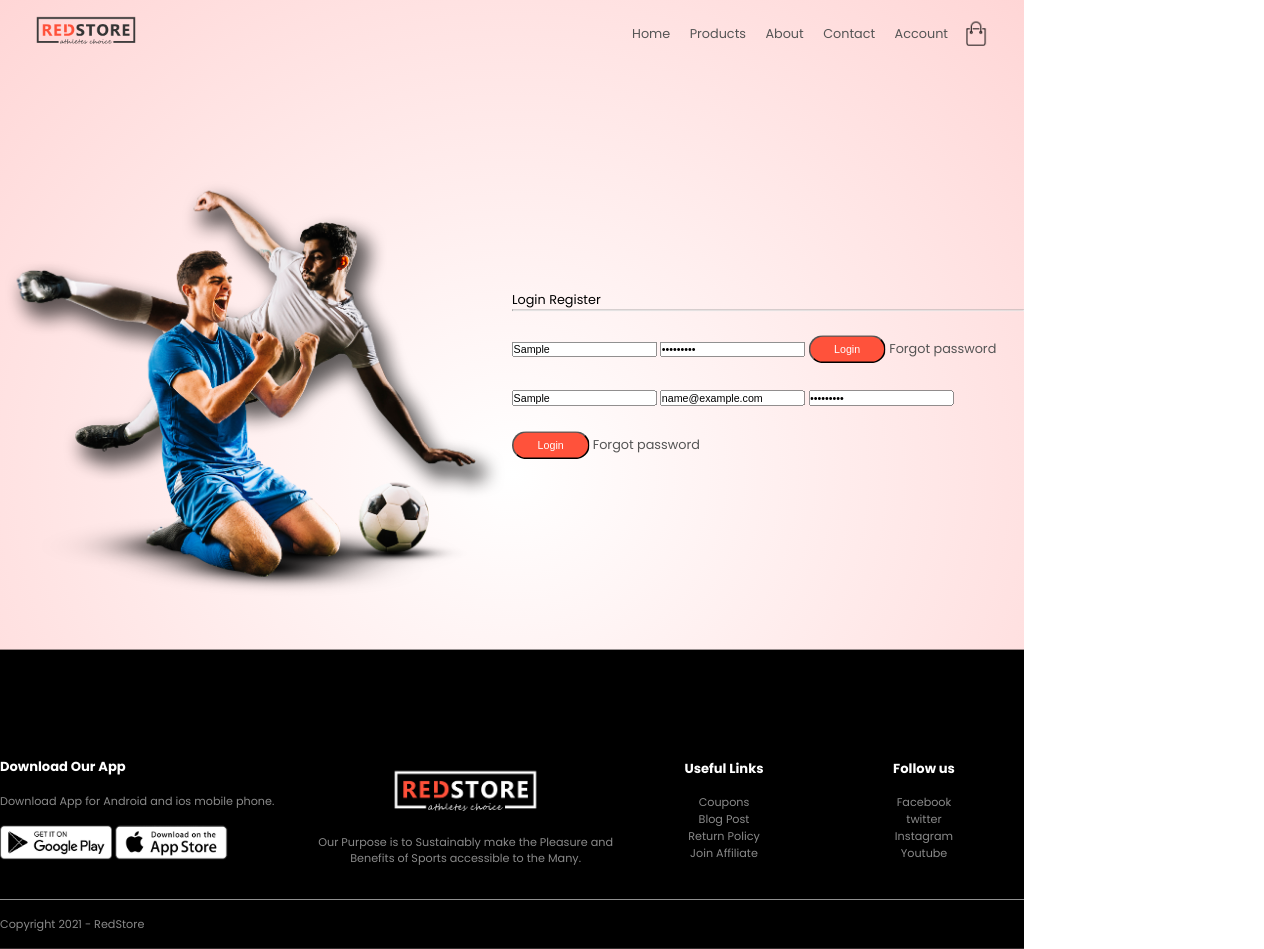
Repository: ritikalohia/tepid_store
Page: http://localhost/account/
The author's editor kept a copy of each file at every save. The page is drawn from the files as they stood at one save, then again after the next save.
The browser window is 1280 px wide. The page is 1280 px wide, then 1580 px, so the pictures cover 1580 px, including what lies to the right of the window. The pictures show the whole page, at 80% of full size.
Empty fields were first filled with sample values (such as "Sample", 5 or name@example.com).
After loading, the first visible `span` was clicked once.
The page is served by the project's application, run on Django 3.2 (ecommerce_webapp/manage.py). Other server files are loaded and not shown.

Above is the page before, as saved 2021-06-10 13:32:25.
Console error: ReferenceError: menuItems is not defined

### ecommerce_webapp/templates/login_signin.html

{% extends 'basic.html' %}

{% block body %}

{% load static %}
 <!---account page------>
    <div class="account-page">
        <div class="row">
            <div class="col-2">
                <img src="images/image1.png" width="100%" alt="">
            </div>
            <div class="col-2">
                <div class="form-container">
                    <div class="form-btn">
                        <span onclick="login()">Login</span>
                        <span onclick="register()">Register</span>
                        <hr id="Indicator">
                    </div>
                    <form id="LoginForm">
                        <input type="text" placeholder="Username">
                        <input type="password" placeholder="Password">
                        <button type="submit" class="btn">Login</button>
                        <a href=""> Forgot password</a>
                    </form>

                    <form id="RegForm">
                        <input type="text" placeholder="Username">
                        <input type="email" placeholder="Email">
                        <input type="password" placeholder="Password">
                        <button type="submit" class="btn">Login</button>
                        <a href=""> Forgot password</a>
                    </form>
                </div>
            </div>

        </div>
    </div>

    {% block js %}


    {% endblock %}


    {%endblock%}

### ecommerce_webapp/templates/basic.html
<!DOCTYPE html>
{% load static %}
<html lang="en">
<head>
    <meta charset="UTF-8">
    <meta http-equiv="X-UA-Compatible" content="IE=edge">
    <meta name="viewport" content="width=device-width, initial-scale=1.0">
    <link rel="preconnect" href="https://fonts.gstatic.com">
    <link href="https://fonts.googleapis.com/css2?family=Poppins:wght@300;400;500;600;700&display=swap" rel="stylesheet">
    <link rel="stylesheet" href="https://stackpath.bootstrapcdn.com/font-awesome/4.7.0/css/font-awesome.min.css">
    <title>{% block title %} {% endblock %} </title>
    <style>
    {% block css %} {% endblock %}
    </style>
    <link rel="stylesheet" href="{%static 'css/style.css' %}">
</head>
<body>
    {% load static %}
    <div class="header">
        <div class="container">
            <div class="navbar">
                <div class="logo">
                    <img src="static/assets/images/logo.png" alt=""  width="125px" >
                </div>
                <nav>
                    <ul id="MenuItems">
                        <li><a href="">Home</a></li>
                        <li><a href="">Products</a></li>
                        <li><a href="">About</a></li>
                        <li><a href="">Contact</a></li>
                        <li><a href="">Account</a></li>
                    </ul>
                </nav>
                <img src="static/assets/images/cart.png" alt="" width="30px" height="30px">
                <img src="static/assets/images/menu.png" class="menu-icon" onclick="menutoggle()">

            </div>
        </div>

        {% block body %} {% endblock %}


    <!----------footer------------>
    <div class="footer">
        <div class="containter">
            <div class="row">
                <div class="footer-col-1">
                    <h3>Download Our App</h3>
                    <p>Download App for Android and ios mobile phone.</p>
                    <div class="app-logo">
                        <img src="static/assets/images/play-store.png" alt="">
                        <img src="static/assets/images/app-store.png" alt="">
                    </div>
                </div>

                <div class="footer-col-2">
                    <img src="static/assets/images/logo-white.png">
                    <p>Our Purpose is to Sustainably make the Pleasure and
                        Benefits of Sports accessible to the Many.
                    </p>
                </div>

                <div class="footer-col-3">
                    <h3>Useful Links</h3>
                    <ul>
                        <li>Coupons</li>
                        <li>Blog Post</li>
                        <li>Return Policy</li>
                        <li>Join Affiliate</li>
                    </ul>
                </div>

                <div class="footer-col-4">
                    <h3>Follow us</h3>
                    <ul>
                        <li>Facebook</li>
                        <li>twitter</li>
                        <li>Instagram</li>
                        <li>Youtube</li>
                    </ul>
                </div>

            </div>
            <hr>
            <p>Copyright 2021 - RedStore</p>
        </div>
    </div>



     <!-- Javascript-->
      {% block js %} {% endblock %}
    <!----------------------js for toggle menu -------------->
    <script>
        var MenuItems = document.getElementById("MenuItems");
        menuItems.style.maxHeight = "0px";

        function menutoggle(){
            if(MenuItems.style.maxHeight = "0px"){
                MenuItems.style.maxHeight = "200px";
            }
            else{
                MenuItems.style.maxHeight = "0px";
            }
        }
    </script>
</body>
</html>

### ecommerce_webapp/ecommerce_webapp/views.py
from django.http import HttpResponse
from django.shortcuts import render

def index(request):
    return render(request, 'index.html')

def tracker(request):
    return render(request, 'shop/tracker.html')

def account(request):
    return render(request, "login_signin.html")

def productView(request):
    return render(request, "product_view.html")

def checkout(request):
    return render(request, 'shop/checkout.html')

### ecommerce_webapp/ecommerce_webapp/urls.py
"""ecommerce_webapp URL Configuration

The `urlpatterns` list routes URLs to views. For more information please see:
    https://docs.djangoproject.com/en/3.2/topics/http/urls/
Examples:
Function views
    1. Add an import:  from my_app import views
    2. Add a URL to urlpatterns:  path('', views.home, name='home')
Class-based views
    1. Add an import:  from other_app.views import Home
    2. Add a URL to urlpatterns:  path('', Home.as_view(), name='home')
Including another URLconf
    1. Import the include() function: from django.urls import include, path
    2. Add a URL to urlpatterns:  path('blog/', include('blog.urls'))
"""
from django.contrib import admin
from django.urls import path
from . import views

urlpatterns = [
    path('admin/', admin.site.urls),
    path('', views.index, name='index'),
    path("account/", views.account, name="Account"),
    #path("contact/", views.contact, name="Contact"),
    path("tracker/", views.tracker, name="TrackingStatus"),
    path("producview/", views.productView, name="ProductView"),
    path("checkout/", views.checkout, name="Checkout"),
    #path("search/", views.search, name="Search")
]

### ecommerce_webapp/static/css/style.css
*{
    margin: 0;
    padding: 0;
    box-sizing: border-box;
}

body{
    font-family: 'Poppins', sans-serif;
}

.navbar{
    display: flex;
    align-items: center;
    padding: 20px;
}

nav{
    flex: 1;
    text-align: right;
}

nav ul{
    display: inline-block;
    list-style-type: none;
}

nav ul li{
    display: inline-block;
    margin-right: 20px;
}

a{
    text-decoration: none;
    color: #555;
}

p{
    color: #555;
}

.container{
    max-width: 1300px;
    margin: auto;
    padding-left: 25px;
    padding-right: 25px;
}

.row{
    display: flex;
    align-items: center;
    flex-wrap: wrap;
    justify-content: space-around;
}

.col-2{
    flex-basis: 50%;
    min-width: 300px;
}

.col-2 img{
    max-width:100%;
    padding: 50px 0;
}

.col-2 h1{
    font-size: 50px;
    line-height: 60px;
    margin: 25px 0;
}

.btn{
    display: inline-block;
    background: #ff523b;
    color: #fff;
    margin: 30px 0;
    padding: 8px 30px;
    border-radius: 30px;
    transition: background 0.5s;
}

.btn:hover{
     background: #563434;
}

.header{
    background: radial-gradient(#fff, #ffd6d6);
}

.header .row{
    margin-top: 70px;
}

.categories{
    margin: 70px 0;
}

.col-3{
    flex-basis: 30%;
    min-width: 250px;
    margin-bottom: 30px;
}

.col-3 img{
    width: 100%;
}

.small-container{
    max-width: 1080px;
    margin: auto;
    padding-right: 25px;
    padding-left: 25px;
}

.col-4{
    flex-basis: 25%;
    padding: 10px;
    min-width: 200px;
    margin-bottom: 50px;
    transition: transform 0.5s;
}

.col-4 img{
    width: 100%;
}

.title{
    text-align: center;
    margin: 0 auto 80px;
    position: relative;
    line-height: 60px;
    color: #555;
}

.title::after{
    content: '';
    background: #ff523b;
    width: 80px;
    height: 5px;
    border-radius: 5px;
    position: absolute;
    bottom: 0;
    left: 50%;
    transform: translateX(-50%);
}

.title h4{
    color: #555;
    font-weight: normal;
}

.col-4 p{
    font-size: 14px;
}

.rating .fa{
    color: #ff523b;
}

.col-4:hover{
    transform: translateY(-5px);
}

/*----offer----*/
.offer{
    background: radial-gradient(#fff, #ffd6d6);
    margin-top: 80px;
    padding: 30px 0;
}

.col-2 .offer-img{
    padding: 50px;
}

small{
    color: #555;
}

/*Testimonial*/

.testimonial .col-3{
    text-align: center;
    padding: 40px 20px;
    box-shadow: 0 0 20px 0px rgba(0, 0, 0, 0.1);
    cursor: pointer;
    transition: transform 0.5s;
}

.testimonial .col-3 img{
    width: 50px;
    margin-top: 20px;
    border-radius: 50%;
}

.testimonial .col-3:hover{
    transform: translateY(-10px);
}

.fa.fa-qoute-left{
    font-size: 34px;
    color: #ff523b;
}

.col-3 p{
    font-size: 12px;
    margin: 12px 0;
    color: #777;
}

.testimonial .col-4 h3{
    font-weight: 600;
    color:#555;
    font-size: 16px;
}

/*-----------brands--------------*/
.brands{
    margin: 100px auto;
}

.col-5{
    width: 160px;
}

.col-5 img{
    width: 100%;
    cursor: pointer;
    filter: grayscale(100%);
}

.col-5 img:hover{
    filter: grayscale(0);
}


/*-------------footer---------------*/

.footer{
    background: #000;
    color: #8a8a8a;
    font-size: 14px;
    padding: 60px 0 20px;
}

.footer p {
    color: #8a8a8a;
}

.footer h3{
    color: #fff;
    margin-bottom: 20px;
}

.footer-col-1, .footer-col-2, .footer-col-3, .footer-col-4{
    min-width: 250px;
    margin-bottom: 20px;
}

.footer-col-1{
    flex-basis: 30%;
}

.footer-col-2{
    flex: 1;
    text-align: center;
}

.footer-col-2 img{
    width: 180px;
    margin: 20px;
}

.footer-col-3, .footer-col-4{
    flex-basis: 12%;
    text-align: center;
}

ul{
    list-style-type: none;
}

.app-logo{
    margin-top: 20px;
}

.app-logo img{
    width: 140px;
}

.footer hr{
    border: none;
    background: #b5b5b5;
    margin: 20px 0;
    height: 1px;
}

.copyright{
     text-align: center;
}

.menu-icon{
    width: 28px;
    margin-left: 20px;
    display: none;
}


/*-------------media query-------------*/
@media only screen and (max-width:800px){
    nav ul{
        position: absolute;
        top: 70px;
        left: 0;
        background: #333;
        width: 100%;
        overflow: hidden;
        transition: max-height 0.5s;
    }

    nav ul li{
        display: block;
        margin-right: 50px;
        margin-top: 10px;
        margin-bottom: 10px;
    }

    nav ul li a{
        color: #fff;
    }

    .menu-icon{
        display: block;
        cursor: pointer;
    }
}

/* media query for less than 600 screen size */
@media only screen and (max-width:600px){
    .row{
        text-align: center;
    }

    .col-2, .col-3, .col-4{
        flex-basis: 100%;
    }
}

After the next save:
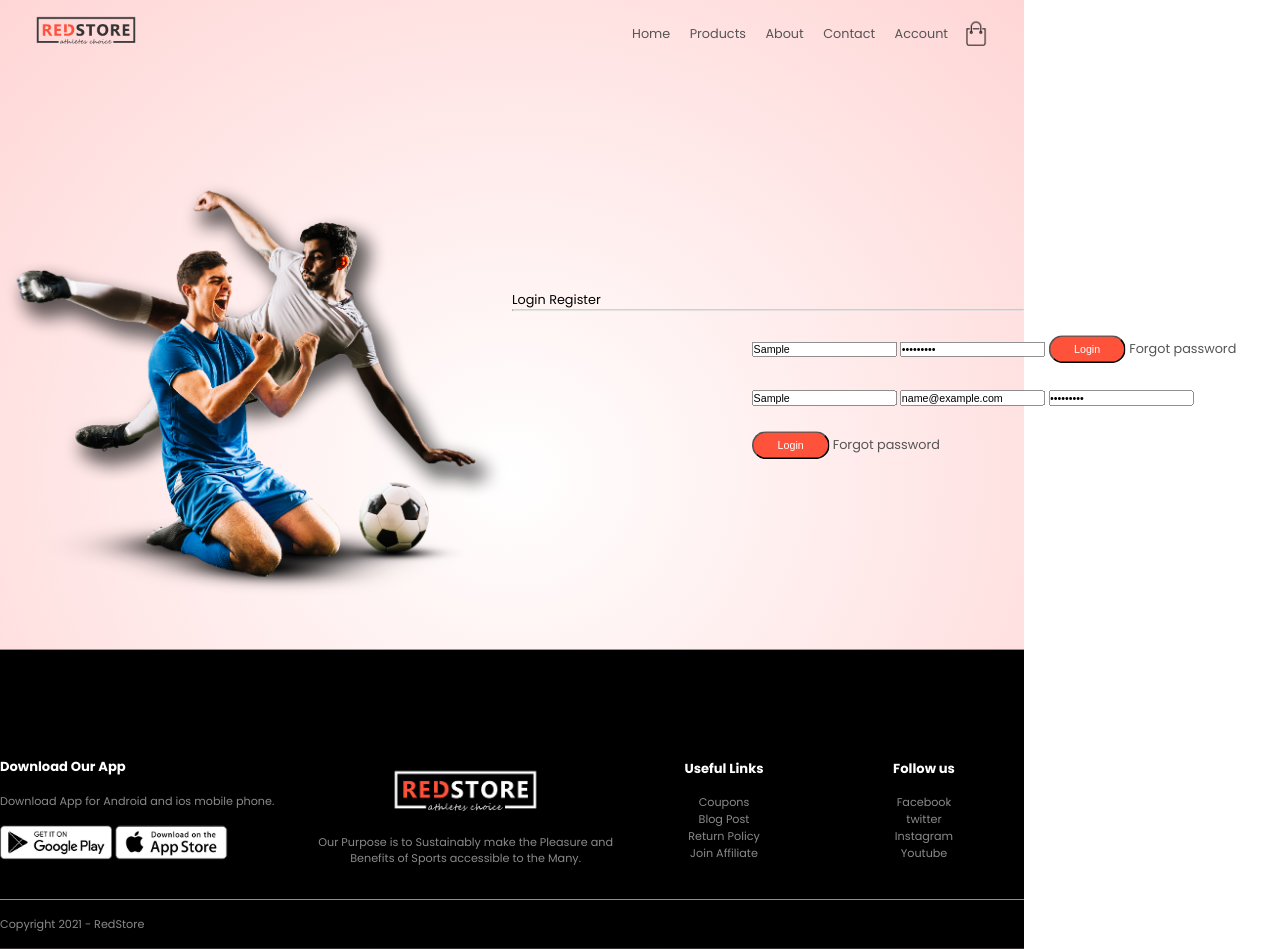
Saved 17 s later.
--- a/ecommerce_webapp/templates/login_signin.html
+++ b/ecommerce_webapp/templates/login_signin.html
@@ -38,7 +38,32 @@
     </div>
 
     {% block js %}
+      <script>
+        //js for toggle form
+        var LoginForm = document.getElementById("LoginForm");
+        var RegForm = document.getElementById("RegForm");
+        var Indicator = document.getElementById("Indicator");
 
+        function register(){
+         RegForm.style.transform = "translateX(0px)";
+         LoginForm.style.transform = "translateX(0px)";
+         Indicator.style.transform = "translateX(100px)";
+     }
+
+     function login(){
+         RegForm.style.transform = "translateX(300px)";
+         LoginForm.style.transform = "translateX(300px)";
+         Indicator.style.transform = "translateX(0px)";
+     }
+
+        LoginForm.addEventListener("onclick", function() {
+            console.log("hello");
+            RegForm.style.transform = "translateX(300px)";
+            LoginForm.style.transform = "translateX(300px)";
+        });
+
+
+    </script>
 
     {% endblock %}
 
